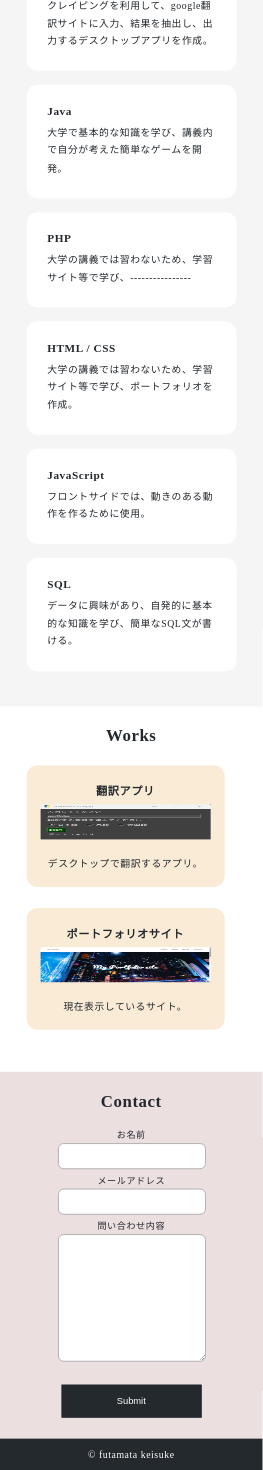
Repository: F-ksk/portfolio
Page: index.html
An editor plug-in stored every save of this project. The page is shown before and after the next save, followed by the edit.
The browser window is 375 px wide. The pictures show the part of the page from y = 1643 to 3883 px (the page is 3743 px tall before and 3883 px after), at 70% of full size.

Above is the page before, as saved 2023-06-30 01:04:09.

### index.html
<!DOCTYPE html>
<html>
    <head>
        <meta charset="UTF-8" />
        <meta http-equiv="X-UA-Compatible" content="IE=edge" />
        <meta name="viewport" content="width=device-width, initial-scale=1.0" />
        <meta name="robots" content="noindex" />
        <title>FK Portfolio</title>
        <link rel="stylesheet" href="css/reset.css" />
        <link rel="stylesheet" href="css/style.css" />
    </head>
    <body>

        <header>
            <a href="index.html">FK works</a>
            <nav>
                <ul>
                    <li><a href="#about">About</a></li>
                    <li><a href="#skills">Skills</a></li>
                    <li><a href="#works">Works</a></li>
                    <li><a href="#contact">Contact</a></li>
                </ul>
            </nav>
        </header>

        <div class="main-visual">
            <div>
                <h1>My Portfolio site</h1>
                <p>web enjineer</p>
            </div>
        </div>

        <section id="about">
            <h2>About</h2>
            <div id="about-name">
                <h3>二俣 圭介</h3>
                <p>futamata keisuke</p>
            </div>
            <div id="about-detail">
                <p>
                    国立大学法人福井大学・工学部・電気電子情報工学科在学中。<br>
                    大学でプログラミングを学び、プログラミングスキルを向上させるため、日々、勉強しています。
                    C,Python,Java,HTML,CSS,SQLの知識とプログラミング経験があります。<br>
                    趣味はツーリング。
                </p>
                <img src="./img/man.jpg">
            </div>
        </section>
        <section id="skills">
            <h2>Skills</h2>
            <div class="skill-list">
                <div class="skill-item">
                    <h3>C</h3>
                    <p>大学で基本から、構造体、高水準入出力関数、低水準入出力関数などを学び、ライブラリ作成、画像処理、ネットワーク通信、アルゴリズム(greedy algorithm, Horspool法, Dynamic programming, Branch and Bound approch, ...)の実装など、幅広く経験。</p>
                </div>
                <div class="skill-item">
                    <h3>Python</h3>
                    <p>大学で基本的な知識を学び、自ら参考書などで自動化、スクレイピングを学習。webブラウザの自動化とスクレイピングを利用して、google翻訳サイトに入力、結果を抽出し、出力するデスクトップアプリを作成。</p>
                </div>
                <div class="skill-item">
                    <h3>Java</h3>
                    <p>大学で基本的な知識を学び、講義内で自分が考えた簡単なゲームを開発。</p>
                </div>
                <div class="skill-item">
                    <h3>PHP</h3>
                    <p>大学の講義では習わないため、学習サイト等で学び、----------------</p>
                </div>
                <div class="skill-item">
                    <h3>HTML / CSS</h3>
                    <p>大学の講義では習わないため、学習サイト等で学び、ポートフォリオを作成。</p>
                </div>
                <div class="skill-item">
                    <h3>JavaScript</h3>
                    <p>フロントサイドでは、動きのある動作を作るために使用。</p>
                </div>
                <div class="skill-item">
                    <h3>SQL</h3>
                    <p>データに興味があり、自発的に基本的な知識を学び、簡単なSQL文が書ける。</p>
                </div>
            </div>
        </section>
        <section id="works">
            <h2>Works</h2>
            <div class="work-item">
                <div class="work-description">
                    <h3>翻訳アプリ</h3>
                    <img src="./img/portfolio.jpg">
                    <p>デスクトップで翻訳するアプリ。</p>
                </div>

                <div class="work-description">
                    <h3>ポートフォリオサイト</h3>
                    <img src="./img/portfolio(2).png">
                    <p>現在表示しているサイト。</p>
                </div>

            </div>
        </section>
        <section id="contact">
            <h2>Contact</h2>
            <div class="contact-form">
                <!--<iframe src="https://docs.google.com/forms/d/e/1FAIpQLSfhIRxsClYk-LjjOeqSs9rPikyz6iXAlGFSL5PuYS38eefG3A/viewform?embedded=true" width="640" height="682" frameborder="0" marginheight="0" marginwidth="0">読み込んでいます…</iframe> -->

                <form action="https://docs.google.com/forms/u/0/d/e/1FAIpQLSfhIRxsClYk-LjjOeqSs9rPikyz6iXAlGFSL5PuYS38eefG3A/formResponse" target="_self" method="POST" id="mG61Hd">
                    <dl>
                        <dt>お名前</dt>
                        <dd><input name="entry.{1209985459}" type="text" required="required" id="textfield" class="g_form"></dd>
                        <dt>メールアドレス</dt>
                        <dd><input name="entry.{1499214278}" type="text" class="g_form" id="textfield2"></dd>
                        <dt>問い合わせ内容</dt>
                        <dd><textarea name="entry.{1422841443}" required class="g_form_text" id="entry.{1422841443}"></textarea></dd>
                      </dl>
                      <div class="button"><input type="submit" class="btbt"></div>
                </form>

            </div>
        </section>
        <footer>
            <p>&copy; futamata keisuke</p>
        </footer>
    </body>
</html>

### css/style.css
@charset "UTF-8";
@import url('https://fonts.googleapis.com/css2?family=Roboto:wght@100;300;400;500;700;900&display=swap');
@import url('https://fonts.googleapis.com/css2?family=Noto+Sans+JP:wght@300;400;500;700;900&display=swap');
@import url('https://fonts.googleapis.com/css2?family=Pacifico&display=swap');

html {
  font-size: 100%;
}

body {
    color: #24292e;
    letter-spacing: 0.05em;
}

a,a:visited {
    color: #24292e;
    text-decoration: none;
}

img {
    max-width: 100%;
}

li {
    list-style: none;
}

p {
    line-height: 1.8;
    font-size: 14px;
}

h1 {
    font-size: 60px;
    font-family: 'Pacifico';
}

h2 {
    font-size: 1.5rem;
    text-align: center;
    margin-bottom: 65px;
}

h3 {
    font-size: 16px;
}

header {
    max-width: 100%;
    background-color: #fff;
    display: flex;
    justify-content: space-between;
    height: 80px;
    padding: 0 4%;
    align-items: center;
    position: sticky;
    top: 0;
}

header ul {
    display: flex;
}

header li {
    margin-left: 30px;
}

.main-visual {
    width: 100%;
    height: 550px;
    background-image: url(../img/town.jpg);
    background-size: cover;
    color: #FFF;
    text-align: center;
    display: flex;
    justify-content: center;
    align-items: center;
}

.main-visual p {
    margin-top: 20px;
    font-size: 18px;
}

#about-name{
    display: flex;
    justify-content: flex-start;
    align-items: center;
}

#about h2 {
    margin-top: 40px;
}

#about h3 {
    margin-right: 10px;
}

#about p {
    width: 80%;
}

#about-detail {
    margin-top: 30px;
    display: flex;
    justify-content: space-between;
}

#about img {
    width: 100px;
    height: 100px;
    border-radius: 50%;
    object-fit: cover;
    border-style: solid;
    border-width: 1px;
}

section {
    padding: 30px 10%;
}

#skills {
    background-color: #f5f5f5;
}

#skills h3 {
    margin-bottom: 10px;
}

.skill-list {
    display: flex;
    justify-content: space-between;
    flex-wrap: wrap;
}

.skill-item {
    width: 48%;
    background-color: #fff;
    border-radius: 16px;
    margin-bottom: 20px;
    padding: 30px;
    box-sizing: border-box;
}

.work-item {
    display: flex;
    justify-content: space-between;
}

#works img {
    width: 45%;
    height: 110px;
}

.work-description {
    padding: 20px;
    background-color:antiquewhite;
    border-radius: 16px;
    width: 40%;
    text-align: center;
}

.work-description p {
    margin-top: 10px;
}

.work-description h3 {
    margin-top: 10px;
    margin-bottom: 10px;
}

#contact {
    background-color: #EBDFE0;
    text-align: center;
}

#contact form {
    width: 70%;
    margin: 0 auto;
}

#contact dl {
    display: flex;
    flex-wrap: wrap;
    margin-bottom: 20px;
}

#contact dt {
    width: 15%;
    font-size: 13px;
}

#contact dd {
    width: 85%;
    margin-bottom: 10px;
}

#contact dd input,
#contact dd textarea {
    width: 100%;
    border: solid 1px #999999;
    padding: 10px;
    background-color: #fff;
    border-radius: 8px;
}

#contact dd textarea {
    height: 10rem;
}

#contact .button {
    text-align: center;
}

#contact .button input {
    width: 200px;
    background-color: #24292e;
    color: #fff;
    padding: 15px 0;
    border: solid 1px #24292e;
}

#contact .button input:hover {
    background: #fff;
    color: #24292e;
}

footer {
    background-color: #24292e;
    color: #fff;
    font-size:  0.5rem;
    padding: 10px 20px;
    text-align: center;
}

@media screen and (max-width: 414px) {
	h2 {
        margin-bottom: 30px;
    }

    header {
        max-width: 100%;
        flex-direction: column;
        height: auto;
        padding: auto;
    }

    #about {
        text-align:  center;
    }

    #about h3 {
        margin: 0;
    }

    #about-name {
        flex-direction: column;
        align-items: center;
    }

    #about-detail {
        flex-direction: flex;
        flex-direction: column-reverse;
        align-items: center;
    }

    #about-detail p {
        text-align: left;
        margin-top: 30px;
        width: 100%;
    }

    .skill-item {
        width: 100%;
    }

    .work-item {

        width: 90%;
        flex-direction: column;
    }

    #works img {
        width: 100%;
        height: 50px;
        margin-bottom: 10px;
    }

    .work-description {
        margin-bottom: 30px;
        width: 90%;
    }

    #contact form {
        text-align: center;
    }

    #contact input {
        width: 100%;
    }

    #contact dl{
        flex-direction: column;
        width: 100%;
    }

    #contact dt{
        width: auto;
        margin-bottom: 5px;
    }

    #contact dd{
        width: 90%;
    }
}

Loaded but not shown: css/reset.css (common file)

After the next save:
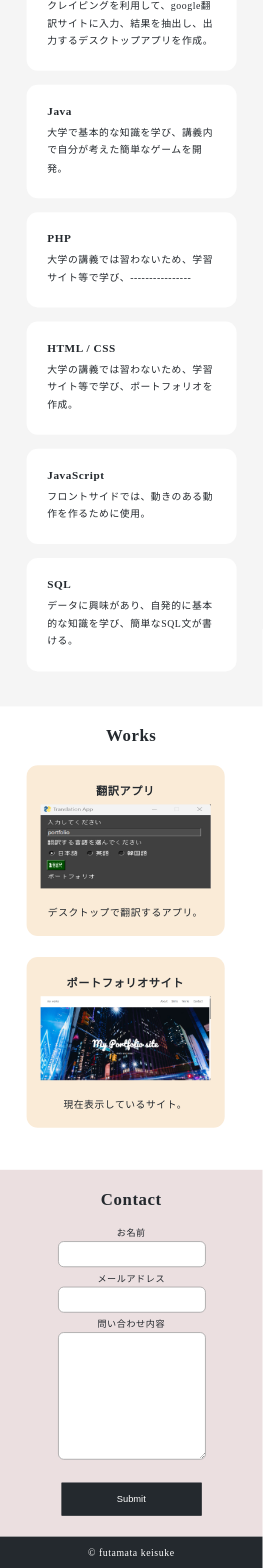
Saved 3 min 4 s later.
--- a/css/style.css
+++ b/css/style.css
@@ -282,7 +282,7 @@ footer {
 
     #works img {
         width: 100%;
-        height: 50px;
+        height: 120px;
         margin-bottom: 10px;
     }
 
